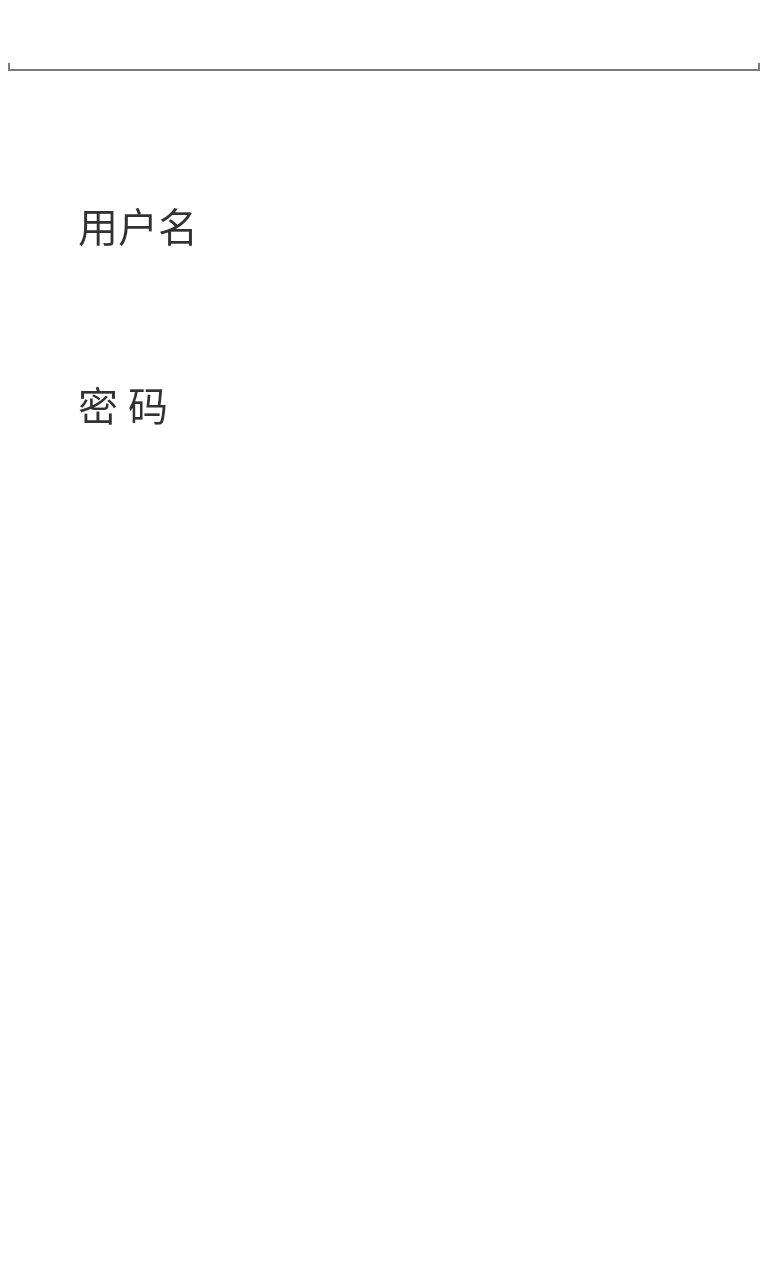
Repository: 17390089054/android
Layout: AlertDialog/res/layout/login.xml
These files come from the project's save history. The layout is drawn as it stood at one moment and after the next save; the edit follows.
It is drawn on a 768 x 1280 px phone screen (xhdpi) without system bars, with theme AppTheme; the app's code is not run.

Above is the layout before, as saved 2018-05-03 16:06:58.

After the next save:
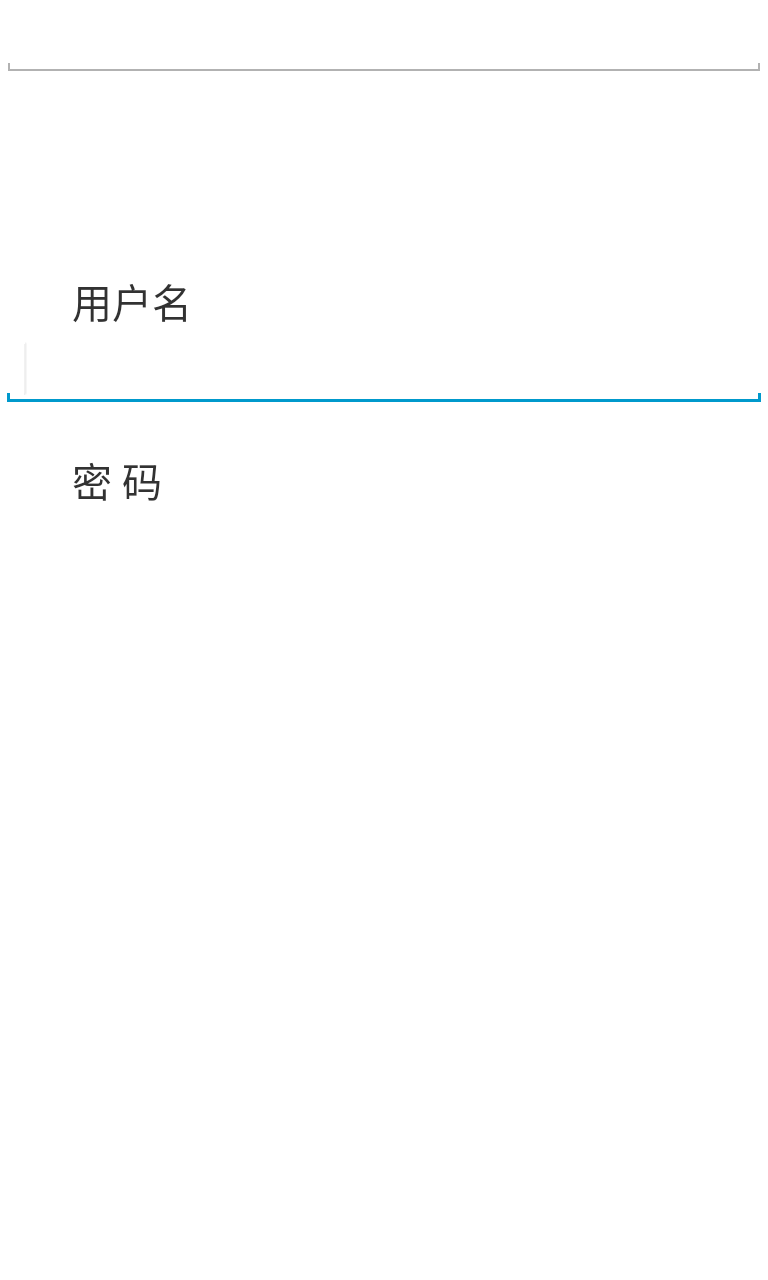
Saved 27 s later.
--- a/AlertDialog/res/layout/login.xml
+++ b/AlertDialog/res/layout/login.xml
@@ -3,17 +3,6 @@
     android:layout_width="match_parent"
     android:layout_height="match_parent"
     android:orientation="vertical" >
-    <TextView
-        android:id="@+id/textView1"
-        android:layout_width="100dp"
-        android:layout_height="wrap_content"
-        android:layout_alignParentLeft="true"
-        android:layout_below="@+id/editText1"
-        android:layout_marginLeft="39dp"
-        android:layout_marginTop="58dp"
-        android:textSize="20sp"
-        android:layout_weight="0.12"
-        android:text="用户名" />
 
     <EditText
         android:id="@+id/editText1"
@@ -33,9 +22,27 @@
         android:layout_weight="0.12"
         android:text="密 码" />
 
+    <TextView
+        android:id="@+id/textView1"
+        android:layout_width="100dp"
+        android:layout_height="wrap_content"
+        android:layout_alignParentLeft="true"
+        android:layout_below="@+id/editText1"
+        android:layout_marginLeft="36dp"
+        android:layout_marginTop="96dp"
+        android:layout_weight="0.12"
+        android:text="用户名"
+        android:textSize="20sp" />
+
     <EditText
         android:layout_width="match_parent"
         android:layout_height="wrap_content"
-        android:singleLine="true" />
+        android:layout_alignParentLeft="true"
+        android:layout_below="@+id/textView1"
+        android:ems="10"
+        android:singleLine="true" >
+
+        <requestFocus />
+    </EditText>
 
 </RelativeLayout>
